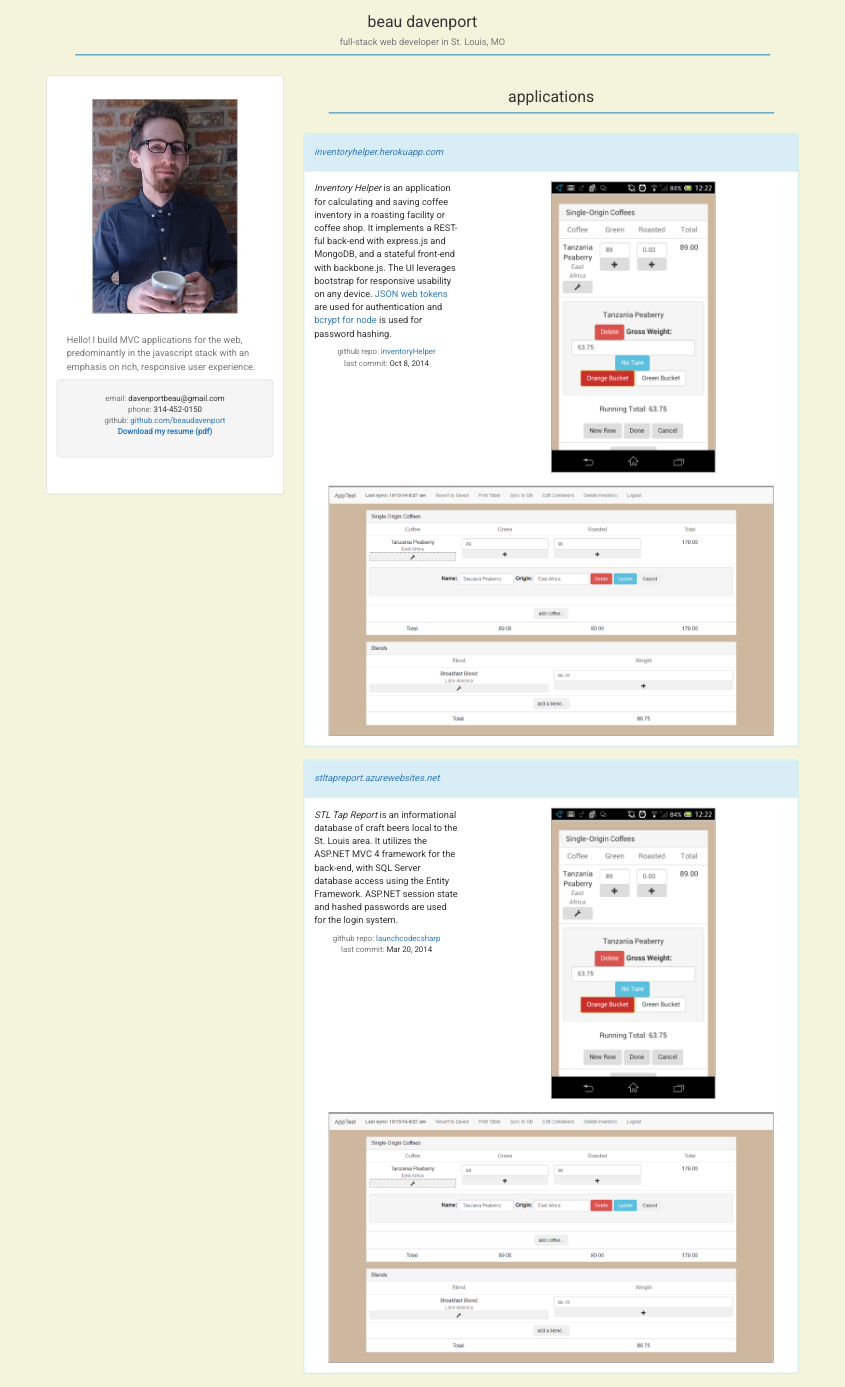
Repository: beaudavenport/old-jekyll-blog
Page: index.html
The author's editor kept a record of every edit. The page is drawn from the files as they stood at one moment, then again after the next edit.
The browser window is 1280 px wide. The pictures show the whole page, at 66% of full size.
Some web libraries are served in a nearby version.

Above is the page before.

After the next edit:
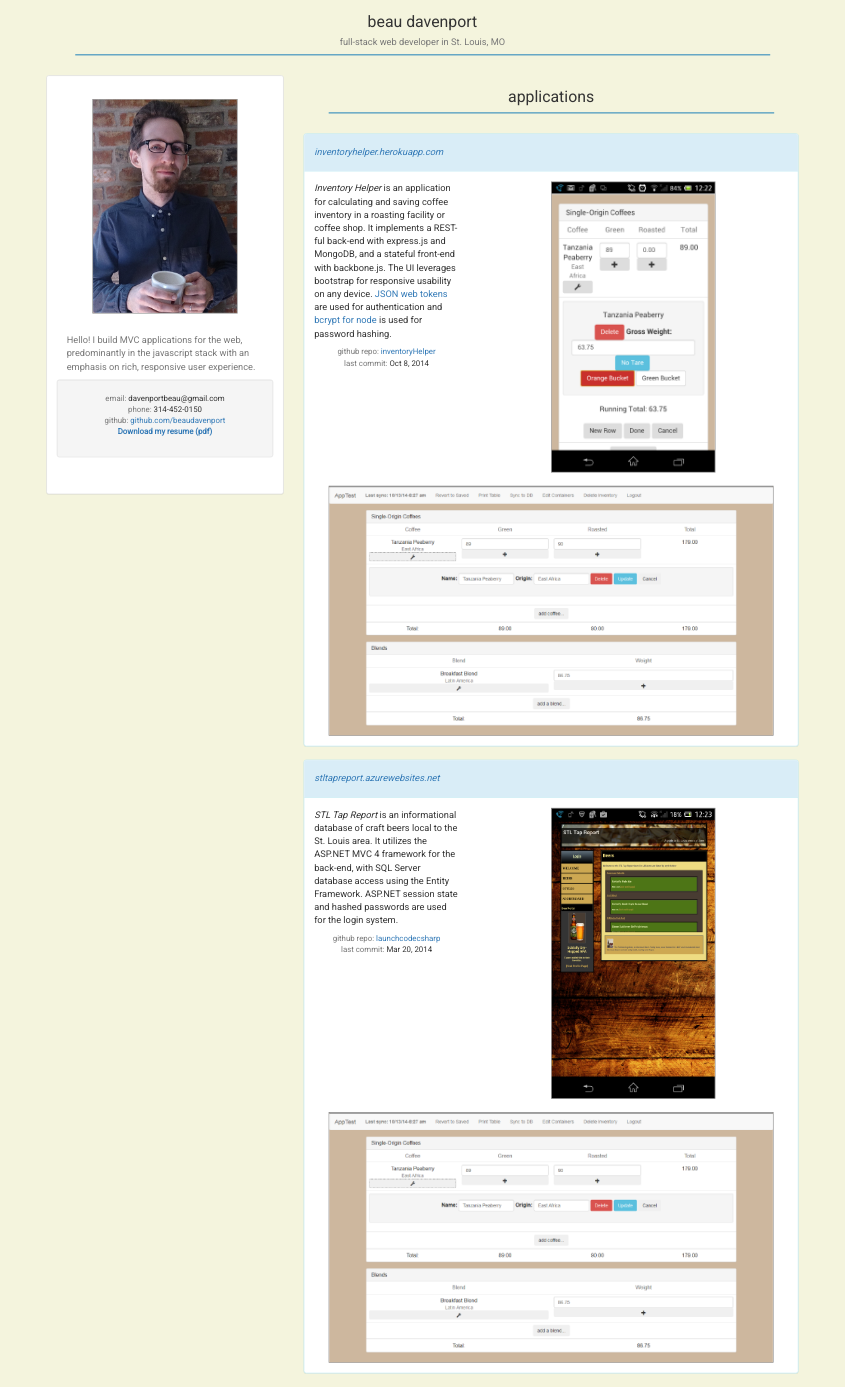
The edit:
--- a/index.html
+++ b/index.html
@@ -111,7 +111,7 @@
                         </div>
                         <div class="col-xs-12 col-sm-6 col-md-8">
                             <div class="row">
-                                <img class="mobile" src="assets/images/inventory-mobile.png" />
+                                <img class="mobile" src="assets/images/stltapmobile.png" />
                             </div>
                         </div>
                     </div>
